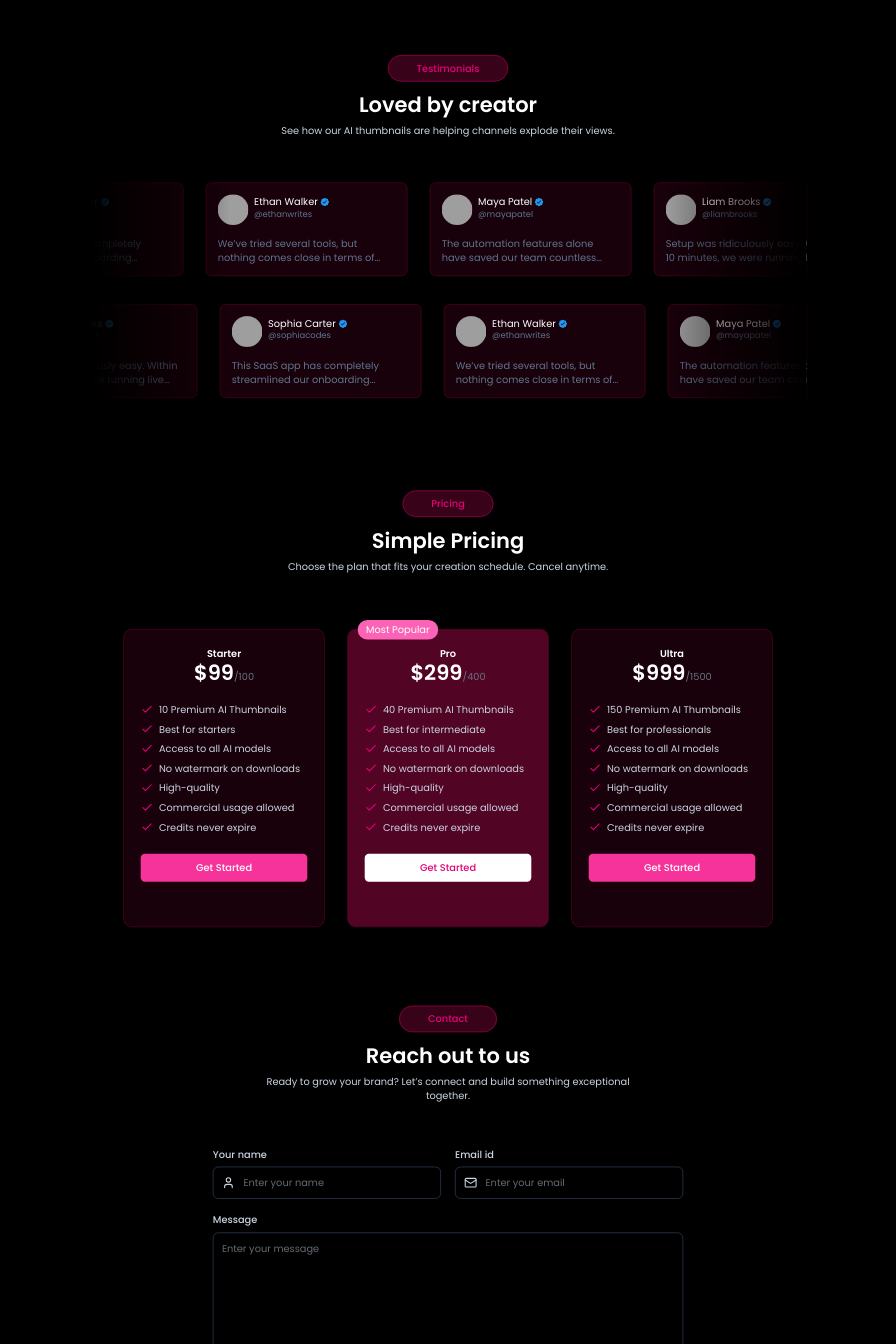
Repository: abhiraj33181/Thumblify
Page: / (app in client/)
These files come from the project's save history. The page is drawn as it stood at one moment and after the next save; the edit follows.
The browser window is 1280 px wide. The pictures show the part of the page from y = 2632 to 4552 px (the page is 5382 px tall), at 70% of full size.
Pictures or frames that could not be fetched are drawn as grey boxes. The project was rebuilt for these pictures with package versions that can differ from the ones it lists, and the page was loaded fresh each time. Also part of the build but not shown: client/vite.config.ts.

Above is the page before, as saved 2026-01-08 09:59:33.

### client/index.html
<!doctype html>
<html lang="en">

<head>
    <meta charset="UTF-8" />
    <link rel="icon" href="/favicon.svg" type="image/x-icon" />
    <meta name="viewport" content="width=device-width, initial-scale=1.0" />
    <title>Thumblify - AI Thumbnail Generator</title>
</head>

<body>
    <div id="root"></div>
    <script type="module" src="/src/main.jsx"></script>
</body>

</html>

### client/src/main.tsx
import { createRoot } from 'react-dom/client'
import App from './App.js'
import { BrowserRouter } from 'react-router-dom'

createRoot(document.getElementById('root')!).render(
    <BrowserRouter>
        <App />
    </BrowserRouter>,
)

### client/src/App.tsx
import { Route, Routes } from "react-router-dom";
import HomePage from "./pages/HomePage";
import Navbar from "./components/Navbar";
import Footer from "./components/Footer";
import "./globals.css";
import LenisScroll from "./components/LenisScroll";

export default function App() {
    return (
        <>
            <LenisScroll />
            <Navbar />
            <Routes>
                <Route path="/" element={<HomePage />} />
            </Routes>
            <Footer />
        </>
    );
}

### client/src/pages/HomePage.tsx
import HeroSection from "../sections/HeroSection";
import FeaturesSection from "../sections/FeaturesSection";
import TestimonialSection from "../sections/TestimonialSection";
import PricingSection from "../sections/PricingSection";
import ContactSection from "../sections/ContactSection";
import CTASection from "../sections/CTASection";

export default function HomePage() {
    return (
        <>
            <HeroSection />
            <FeaturesSection />
            <TestimonialSection />
            <PricingSection />
            <ContactSection />
            <CTASection />
        </>
    );
}

### client/src/globals.css
@import url('https://fonts.googleapis.com/css2?family=Poppins:ital,wght@0,100;0,200;0,300;0,400;0,500;0,600;0,700;0,800;0,900;1,100;1,200;1,300;1,400;1,500;1,600;1,700;1,800;1,900&display=swap');
@import "tailwindcss";

@theme {
    --font-poppins: "Poppins", sans-serif;
}

body {
    @apply bg-black text-white text-sm antialiased font-poppins;
}

body::selection {
    @apply bg-pink-600 text-white;
}

button {
    @apply cursor-pointer;
}

.move-gradient {
    background-image: linear-gradient(to right, var(--color-pink-500), var(--color-pink-300));
    background-size: 200% 100%;
    animation: movegradient 5s infinite;
}

@keyframes movegradient {
    0% {
        background-position: 0% 50%;
    }
    50% {
        background-position: 100% 50%;
    }
    100% {
        background-position: 0% 50%;
    }
}

### client/src/components/LenisScroll.tsx
import { useEffect } from "react";
import Lenis from "lenis";

export default function LenisScroll() {
    useEffect(() => {
        const lenis = new Lenis({
            duration: 1.2,
            smoothWheel: true,
            anchors: {
                offset: -100,
            },
        });

        const raf = (time: number) => {
            lenis.raf(time);
            requestAnimationFrame(raf);
        };

        requestAnimationFrame(raf);

        return () => {
            lenis.destroy();
        };
    }, []);

    return null;
}

### client/src/sections/TestimonialSection.tsx
import SectionTitle from "../components/SectionTitle";
import TestimonialCard from "../components/TestimonialCard";
import { testimonialsData } from "../data/testimonial";
import type { ITestimonial } from "../types";
import Marquee from "react-fast-marquee";

export default function TestimonialSection() {
    return (
        <div id="testimonials" className="px-4 md:px-16 lg:px-24 xl:px-32">
            <SectionTitle text1="Testimonials" text2="Loved by creator" text3="See how our AI thumbnails are helping channels explode their views." />

            <Marquee className="max-w-5xl mx-auto mt-11" gradient={true} speed={25} gradientColor="#000">
                <div className="flex items-center justify-center py-5 overflow-hidden">
                    {[...testimonialsData, ...testimonialsData].map((testimonial: ITestimonial, index: number) => (
                        <TestimonialCard key={index} index={index} testimonial={testimonial} />
                    ))}
                </div>
            </Marquee>
            <Marquee className="max-w-5xl mx-auto" gradient={true} speed={25} direction="right" gradientColor="#000">
                <div className="flex items-center justify-center py-5 overflow-hidden">
                    {[...testimonialsData, ...testimonialsData].map((testimonial: ITestimonial, index: number) => (
                        <TestimonialCard key={index} index={index} testimonial={testimonial} />
                    ))}
                </div>
            </Marquee>

        </div>
    );
}

### client/src/sections/PricingSection.tsx
'use client'
import SectionTitle from "../components/SectionTitle"
import { pricingData } from "../data/pricing";
import type { IPricing } from "../types";
import { CheckIcon } from "lucide-react";
import { motion } from "motion/react";

export default function PricingSection() {
    return (
        <div id="pricing" className="px-4 md:px-16 lg:px-24 xl:px-32">
            <SectionTitle text1="Pricing" text2="Simple Pricing" text3="Choose the plan that fits your creation schedule. Cancel anytime." />

            <div className="flex flex-wrap items-center justify-center gap-8 mt-20">
                {pricingData.map((plan: IPricing, index: number) => (
                    <motion.div key={index} className={`w-72 text-center border border-pink-950 p-6 pb-16 rounded-xl ${plan.mostPopular ? 'bg-pink-950 relative' : 'bg-pink-950/30'}`}
                        initial={{ y: 150, opacity: 0 }}
                        whileInView={{ y: 0, opacity: 1 }}
                        viewport={{ once: true }}
                        transition={{ delay: index * 0.15, type: "spring", stiffness: 320, damping: 70, mass: 1 }}
                    >
                        {plan.mostPopular && (
                            <p className="absolute px-3 text-sm -top-3.5 left-3.5 py-1 bg-pink-400 rounded-full">Most Popular</p>
                        )}
                        <p className="font-semibold">{plan.name}</p>
                        <h1 className="text-3xl font-semibold">${plan.price}<span className="text-gray-500 font-normal text-sm">/{plan.credits}</span></h1>
                        <ul className="list-none text-slate-300 mt-6 space-y-2">
                            {plan.features.map((feature, index) => (
                                <li key={index} className="flex items-center gap-2">
                                    <CheckIcon className="size-4.5 text-pink-600" />
                                    <p>{feature}</p>
                                </li>
                            ))}
                        </ul>
                        <button type="button" className={`w-full py-2.5 rounded-md font-medium mt-7 transition-all ${plan.mostPopular ? 'bg-white text-pink-600 hover:bg-slate-200' : 'bg-pink-500 hover:bg-pink-600'}`}>
                            Get Started
                        </button>
                    </motion.div>
                ))}
            </div>
        </div>
    );
}

### client/src/sections/CTASection.tsx
'use client'
import { motion } from "motion/react";

export default function CTASection() {
    return (
        <motion.div className="max-w-5xl py-16 mt-40 md:pl-20 md:w-full max-md:mx-4 md:mx-auto flex flex-col md:flex-row max-md:gap-6 items-center justify-between text-left bg-linear-to-b from-pink-900 to-pink-950 rounded-2xl p-6 text-white"
            initial={{ y: 150, opacity: 0 }}
            whileInView={{ y: 0, opacity: 1 }}
            viewport={{ once: true }}
            transition={{ type: "spring", stiffness: 320, damping: 70, mass: 1 }}
        >
            <div>
                <motion.h1 className="text-4xl md:text-[46px] md:leading-15 font-semibold bg-linear-to-r from-white to-pink-400 text-transparent bg-clip-text"
                    initial={{ y: 80, opacity: 0 }}
                    whileInView={{ y: 0, opacity: 1 }}
                    viewport={{ once: true }}
                    transition={{ type: "spring", stiffness: 280, damping: 70, mass: 1 }}
                >
                    Ready to try-out this app?
                </motion.h1>
                <motion.p className="bg-linear-to-r from-white to-pink-400 text-transparent bg-clip-text text-lg"
                    initial={{ y: 80, opacity: 0 }}
                    whileInView={{ y: 0, opacity: 1 }}
                    viewport={{ once: true }}
                    transition={{ type: "spring", stiffness: 200, damping: 70, mass: 1 }}
                >
                    Your next favourite tool is just one click away.
                </motion.p>
            </div>
            <motion.button className="px-12 py-3 text-slate-800 bg-white hover:bg-slate-200 rounded-full text-sm mt-4"
                initial={{ y: 80, opacity: 0 }}
                whileInView={{ y: 0, opacity: 1 }}
                viewport={{ once: true }}
                transition={{ type: "spring", stiffness: 280, damping: 70, mass: 1 }}
            >
                Get Started
            </motion.button>
        </motion.div>
    );
}

### client/src/data/footer.ts
import type { IFooter } from "../types";

export const footerData: IFooter[] = [
    {
        title: "Product",
        links: [
            { name: "Home", href: "#" },
            { name: "Support", href: "#support" },
            { name: "Pricing", href: "#pricing" },
            { name: "Affiliate", href: "#affiliate" },
        ]
    },
    {
        title: "Resources",
        links: [
            { name: "Company", href: "#company" },
            { name: "Blogs", href: "#blogs" },
            { name: "Community", href: "#community" },
            { name: "Careers", href: "#careers" },
            { name: "About", href: "#about" },
        ]
    },
    {
        title: "Legal",
        links: [
            { name: "Privacy", href: "#privacy" },
            { name: "Terms", href: "#terms" },
        ]
    }
];

### client/src/components/TiltImage.tsx
import { useRef, useState } from 'react';
import { motion, useMotionValue, useSpring } from 'motion/react';

const springValues = {
    damping: 30,
    stiffness: 100,
    mass: 2
};

export default function TiltedImage({ rotateAmplitude = 3, }) {
    const ref = useRef<HTMLDivElement>(null);
    const x = useMotionValue(0);
    const y = useMotionValue(0);
    const rotateX = useSpring(useMotionValue(0), springValues);
    const rotateY = useSpring(useMotionValue(0), springValues);
    const rotateFigcaption = useSpring(0, { stiffness: 350, damping: 30, mass: 1 });

    const [lastY, setLastY] = useState(0);

    function handleMouse(e: any) {
        if (!ref.current) return;

        const rect = ref.current.getBoundingClientRect();
        const offsetX = e.clientX - rect.left - rect.width / 2;
        const offsetY = e.clientY - rect.top - rect.height / 2;

        const rotationX = (offsetY / (rect.height / 2)) * -rotateAmplitude;
        const rotationY = (offsetX / (rect.width / 2)) * rotateAmplitude;

        rotateX.set(rotationX);
        rotateY.set(rotationY);

        x.set(e.clientX - rect.left);
        y.set(e.clientY - rect.top);

        const velocityY = offsetY - lastY;
        rotateFigcaption.set(-velocityY * 0.6);
        setLastY(offsetY);
    }

    function handleMouseLeave() {
        rotateX.set(0);
        rotateY.set(0);
        rotateFigcaption.set(0);
    }

    return (
        <motion.figure ref={ref} className="relative w-full h-full perspective-midrange mt-16 max-w-4xl mx-auto flex flex-col items-center justify-center" onMouseMove={handleMouse} onMouseLeave={handleMouseLeave}
            initial={{ y: 150, opacity: 0 }}
            whileInView={{ y: 0, opacity: 1 }}
            viewport={{ once: true }}
            transition={{ type: "spring", stiffness: 320, damping: 70, mass: 1 }}
        >
            <motion.div className="relative transform-3d w-full max-w-4xl" style={{ rotateX, rotateY }} >
                <motion.img src="/hero_img.png"
                    className="borderb bg-linear-180 from-pink-500 to transparent p-1 w-full rounded-[15px] will-change-transform transform-[translateZ(0)]"
                    alt="hero section showcase"
                />
            </motion.div>
        </motion.figure>
    );
}

### client/src/components/SectionTitle.tsx
import type { SectionTitleProps } from "../types";
import { motion } from "motion/react";

export default function SectionTitle({ text1, text2, text3 }: SectionTitleProps) {
    return (
        <>
            <motion.p className="text-center font-medium text-pink-600 mt-28 px-10 py-2 rounded-full bg-pink-950/70 border border-pink-800 w-max mx-auto"
                initial={{ y: 120, opacity: 0 }}
                whileInView={{ y: 0, opacity: 1 }}
                viewport={{ once: true }}
                transition={{ type: "spring", stiffness: 320, damping: 70, mass: 1 }}
            >
                {text1}
            </motion.p>
            <motion.h3 className="text-3xl font-semibold text-center mx-auto mt-4"
                initial={{ y: 120, opacity: 0 }}
                whileInView={{ y: 0, opacity: 1 }}
                viewport={{ once: true }}
                transition={{ type: "spring", stiffness: 280, damping: 70, mass: 1 }}
            >
                {text2}
            </motion.h3>
            <motion.p className="text-slate-300 text-center mt-2 max-w-xl mx-auto"
                initial={{ y: 120, opacity: 0 }}
                whileInView={{ y: 0, opacity: 1 }}
                viewport={{ once: true }}
                transition={{ type: "spring", stiffness: 240, damping: 70, mass: 1 }}
            >
                {text3}
            </motion.p>
        </>
    );
}

### client/src/data/features.tsx
import type { IFeature } from "../types";

export const featuresData: IFeature[] = [
    {
        icon: "/assets/zap-icon.svg",
        title: "Smart Analysis",
        description: "Our AI analyzes video content to suggest the most clickable concepts.",
    },
    {
        icon: "/assets/thumb-icon.svg",
        title: "Eye-Catching Designs",
        description: "Generate vibrant, high-contrast thumbnails that stand out in the feed.",
    },
    {
        icon: "/assets/shape-icon.svg",
        title: "Fully Editable",
        description: "Get fully layered designs you can tweak to perfection if needed.",
    },
];

### client/src/components/TestimonialCard.tsx
import { motion } from "motion/react";
import type { TestimonialCardProps } from "../types";

export default function TestimonialCard({ testimonial, index }: TestimonialCardProps) {
    return (
        <motion.div className="p-4 rounded-lg mx-4 w-72 shrink-0 bg-pink-950/30 border border-pink-950"
            initial={{ y: 150, opacity: 0 }}
            whileInView={{ y: 0, opacity: 1 }}
            viewport={{ once: true }}
            transition={{ delay: index * 0.15, type: "spring", stiffness: 320, damping: 70, mass: 1 }}
        >
            <div className="flex gap-2">
                <img className="size-11 rounded-full" src={testimonial.image} alt={testimonial.name} height={50} width={50} />
                <div className="flex flex-col">
                    <div className="flex items-center gap-1">
                        <p>{testimonial.name}</p>
                        <svg className="mt-0.5" width="12" height="12" viewBox="0 0 12 12" fill="none" xmlns="http://www.w3.org/2000/svg">
                            <path fillRule="evenodd" clipRule="evenodd" d="M4.555.72a4 4 0 0 1-.297.24c-.179.12-.38.202-.59.244a4 4 0 0 1-.38.041c-.48.039-.721.058-.922.129a1.63 1.63 0 0 0-.992.992c-.071.2-.09.441-.129.922a4 4 0 0 1-.041.38 1.6 1.6 0 0 1-.245.59 3 3 0 0 1-.239.297c-.313.368-.47.551-.56.743-.213.444-.213.96 0 1.404.09.192.247.375.56.743.125.146.187.219.24.297.12.179.202.38.244.59.018.093.026.189.041.38.039.48.058.721.129.922.163.464.528.829.992.992.2.071.441.09.922.129.191.015.287.023.38.041.21.042.411.125.59.245.078.052.151.114.297.239.368.313.551.47.743.56.444.213.96.213 1.404 0 .192-.09.375-.247.743-.56.146-.125.219-.187.297-.24.179-.12.38-.202.59-.244a4 4 0 0 1 .38-.041c.48-.039.721-.058.922-.129.464-.163.829-.528.992-.992.071-.2.09-.441.129-.922a4 4 0 0 1 .041-.38c.042-.21.125-.411.245-.59.052-.078.114-.151.239-.297.313-.368.47-.551.56-.743.213-.444.213-.96 0-1.404-.09-.192-.247-.375-.56-.743a4 4 0 0 1-.24-.297 1.6 1.6 0 0 1-.244-.59 3 3 0 0 1-.041-.38c-.039-.48-.058-.721-.129-.922a1.63 1.63 0 0 0-.992-.992c-.2-.071-.441-.09-.922-.129a4 4 0 0 1-.38-.041 1.6 1.6 0 0 1-.59-.245A3 3 0 0 1 7.445.72C7.077.407 6.894.25 6.702.16a1.63 1.63 0 0 0-1.404 0c-.192.09-.375.247-.743.56m4.07 3.998a.488.488 0 0 0-.691-.69l-2.91 2.91-.958-.957a.488.488 0 0 0-.69.69l1.302 1.302c.19.191.5.191.69 0z" fill="#2196F3" />
                        </svg>
                    </div>
                    <span className="text-xs text-slate-500">{testimonial.handle}</span>
                </div>
            </div>
            <p className="text-sm pt-4 text-slate-500 line-clamp-2">
                {testimonial.quote}
            </p>
        </motion.div>
    );
}

### client/src/data/testimonial.ts
import type { ITestimonial } from "../types";

export const testimonialsData: ITestimonial[] = [
    {
        image: 'https://images.unsplash.com/photo-1633332755192-727a05c4013d?q=80&w=200',
        name: 'Sophia Carter',
        handle: '@sophiacodes',
        date: 'February 14, 2025',
        quote: 'This SaaS app has completely streamlined our onboarding process. What used to take hours now takes minutes!',
    },
    {
        image: 'https://images.unsplash.com/photo-1535713875002-d1d0cf377fde?q=80&w=200',
        name: 'Ethan Walker',
        handle: '@ethanwrites',
        date: 'March 3, 2025',
        quote: 'We’ve tried several tools, but nothing comes close in terms of speed and simplicity. Absolute game-changer.',
    },
    {
        image: 'https://images.unsplash.com/photo-1527980965255-d3b416303d12?w=200&auto=format&fit=crop&q=60',
        name: 'Maya Patel',
        handle: '@mayapatel',
        date: 'April 22, 2025',
        quote: 'The automation features alone have saved our team countless hours every week. Worth every penny.',
    },
    {
        image: 'https://images.unsplash.com/photo-1522075469751-3a6694fb2f61?w=200&auto=format&fit=crop&q=60',
        name: 'Liam Brooks',
        handle: '@liambrooks',
        date: 'May 18, 2025',
        quote: 'Setup was ridiculously easy. Within 10 minutes, we were running live and onboarding our first customers.',
    },
];

### client/src/data/pricing.ts
import type { IPricing } from "../types";

export const pricingData: IPricing[] = [
    {
        name: "Starter",
        price: 99,
        period: "one-time",
        credits: 100,
        features: [
            "10 Premium AI Thumbnails",
            "Best for starters",
            "Access to all AI models",
            "No watermark on downloads",
            "High-quality",
            "Commercial usage allowed",
            "Credits never expire"
        ],
        mostPopular: false
    },
    {
        name: "Pro",
        price: 299,
        period: "one-time",
        credits: 400,
        features: [
            "40 Premium AI Thumbnails",
            "Best for intermediate",
            "Access to all AI models",
            "No watermark on downloads",
            "High-quality",
            "Commercial usage allowed",
            "Credits never expire"
        ],
        mostPopular: true
    },
    {
        name: "Ultra",
        price: 999,
        period: "one-time",
        credits: 1500,
        features: [
            "150 Premium AI Thumbnails",
            "Best for professionals",
            "Access to all AI models",
            "No watermark on downloads",
            "High-quality",
            "Commercial usage allowed",
            "Credits never expire"
        ],
        mostPopular: false
    }
];

Loaded but not shown: client/src/sections/FeaturesSection.tsx (69 lines, source omitted); client/src/sections/HeroSection.tsx (79 lines, source omitted); client/src/components/Footer.tsx (59 lines, source omitted); client/src/sections/ContactSection.tsx (59 lines, source omitted); client/src/components/Navbar.tsx (52 lines, source omitted)

After the next save:
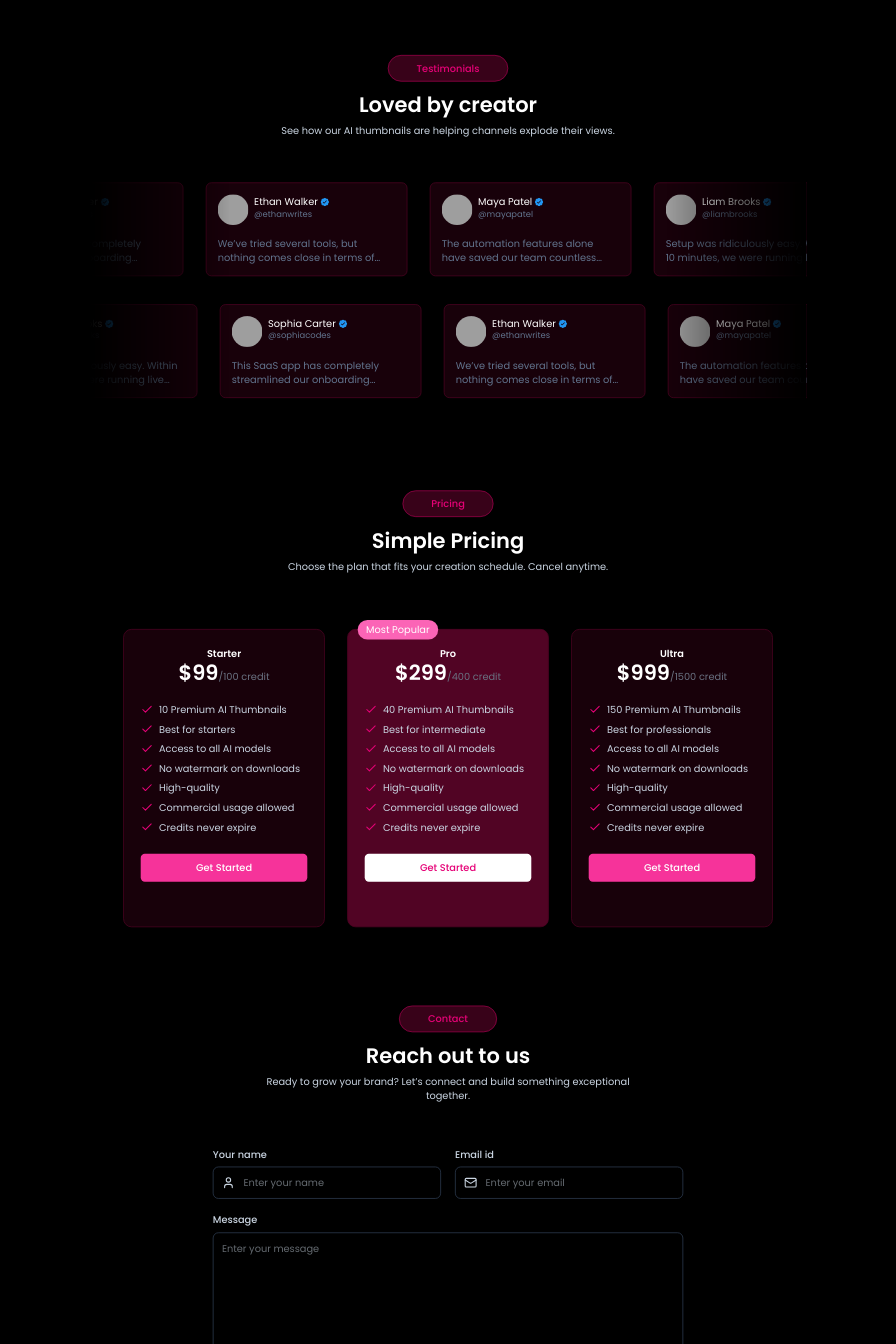
Saved 11 s later.
--- a/client/src/sections/PricingSection.tsx
+++ b/client/src/sections/PricingSection.tsx
@@ -22,7 +22,7 @@ export default function PricingSection() {
                             <p className="absolute px-3 text-sm -top-3.5 left-3.5 py-1 bg-pink-400 rounded-full">Most Popular</p>
                         )}
                         <p className="font-semibold">{plan.name}</p>
-                        <h1 className="text-3xl font-semibold">${plan.price}<span className="text-gray-500 font-normal text-sm">/{plan.credits}</span></h1>
+                        <h1 className="text-3xl font-semibold">${plan.price}<span className="text-gray-500 font-normal text-sm">/{plan.credits} credit</span></h1>
                         <ul className="list-none text-slate-300 mt-6 space-y-2">
                             {plan.features.map((feature, index) => (
                                 <li key={index} className="flex items-center gap-2">
